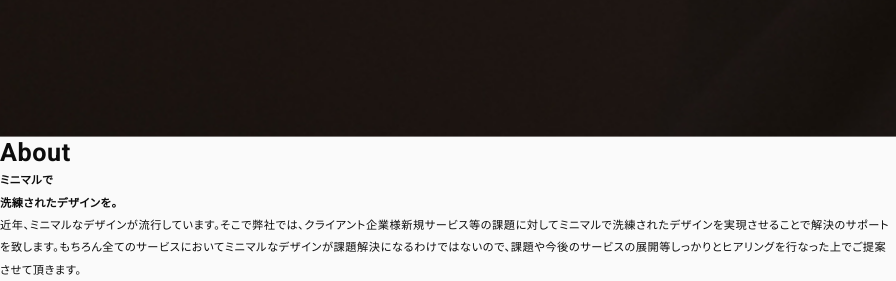
Repository: hatarakimono-kumasan/kurisuta_1st
Page: index.html
These files come from the project's save history. The page is drawn as it stood at one moment and after the next save; the edit follows.
The browser window is 1280 px wide. The pictures show the part of the page from y = 1893 to 3813 px (the page is 2295 px tall before and 3831 px after), at 70% of full size.
Some web libraries are served in a nearby version. The style sheet was rebuilt from its Sass, Less or Tailwind sources for each picture, by a compiler version that may differ from the author's.

Above is the page before, as saved 2020-05-15 07:06:43.

### index.html
<!DOCTYPE html>
<html lang="en">
	<head>
		<meta charset="UTF-8" />
		<meta name="viewport" content="width=device-width, initial-scale=1.0" />
		<meta http-equiv="X-UA-Compatible" content="ie=edge" />
		<title>Cresta.design</title>
		<meta name="keywords" content="カンマ区切りで10個以内推奨" />
		<meta name="description" content="120文字以内" />
		<meta property="og:title" content="このページのタイトル" />
		<meta property="og:type" content="TOPページはwebsite、子ページはarticle" />
		<meta property="og:url" content="このページのURL" />
		<meta property="og:image" content="1200×630以上推奨、絶対パスで指定" />
		<meta property="og:site_name" content="サイト名" />
		<meta property="og:description" content="80〜90文字推奨" />
		<meta name="twitter:card" content="summary or summary_large_image" />
		<meta name="twitter:site" content="@ユーザー名" />
		<meta name="format-detection" content="telephone=no" />
		<!-- <link rel="shortcut icon" sizes="16x16" href="ファビコン" />
		<link rel="apple-touch-icon" sizes="192x192" href="タッチアイコン" />
		<link rel="shortcut icon" sizes="192x192" href="タッチアイコン" /> -->
		<meta name="last-modified" content="Sun, 29 Dec 2019 20:30:30 GMT" />
		<link
			href="https://use.fontawesome.com/releases/v5.6.1/css/all.css"
			rel="stylesheet"
		/>
		<link rel="stylesheet" href="style.css" />
		<script
			src="https://code.jquery.com/jquery-3.4.1.min.js"
			integrity="sha256-CSXorXvZcTkaix6Yvo6HppcZGetbYMGWSFlBw8HfCJo="
			crossorigin="anonymous"
		></script>
	</head>
	<body>
		<!-- header -->
		<header class="header">
			<h1 class="site-title"><a href="./">クリ★スタ</a></h1>
			<div class="nav-wrapper">
				<nav class="header-nav">
					<ul class="nav-list">
						<li class="nav-item"><a href="#about">About</a></li>
						<li class="nav-item"><a href="#service">Service</a></li>
						<li class="nav-item"><a href="#news">News</a></li>
						<li class="nav-item"><a href="#contact">Contact</a></li>
					</ul>
				</nav>
			</div>
			<button class="burger-btn">
				<span class="bars">
					<span class="bar bar_top"></span>
					<span class="bar bar_mid"></span>
					<span class="bar bar_bottom"></span>
				</span>
			</button>
		</header>
		<!-- //header -->

		<!--first view-->
		<div class="first_view">
			<img src="img/fv-bgi_sp@2x.jpg" alt="サイトイメージ" />
			<p>Cresta Design.</p>
		</div>
		<!--//first view-->

		<main>
			<section class="about" id="about">
				<h2>About</h2>
				<h3>
					ミニマルで<br />
					洗練されたデザインを。
				</h3>
				<p>
					近年、ミニマルなデザインが流行しています。そこで弊社では、クライアント企業様新規サービス等の課題に対してミニマルで洗練されたデザインを実現させることで解決のサポートを致します。もちろん全てのサービスにおいてミニマルなデザインが課題解決になるわけではないので、課題や今後のサービスの展開等しっかりとヒアリングを行なった上でご提案させて頂きます。
				</p>
			</section>
		</main>
		<script src="drawer.js"></script>
	</body>
</html>

### drawer.js
$(".burger-btn").on("click", function () {
	//.btn_triggerをクリックすると
	$(".burger-btn").toggleClass("close"); //.btn_triggerにcloseクラスを付与(ボタンのアニメーション)
	$(".nav-wrapper").fadeToggle(500); //.nav-wrapperが0.5秒でフェードイン(メニューのフェードイン)
	$("body").toggleClass("noscroll"); //bodyにnoscrollクラスを付与(スクロールを固定)
});

if ($(window).width() < 768) {
	//デバイスの幅が768以下のとき
	$(".nav-item>a").on("click", function () {
		//.nav-item>aをクリックすると
		$(".nav-wrapper").fadeOut(500); //.nav-wrapperが0.5秒でフェードアウト(メニューのフェードアウト)
		$(".burger-btn").removeClass("close"); //.btn_triggerのcloseクラスを削除
		$("body").removeClass("noscroll"); //bodyのnoscrollクラスを削除
	});
}

### style.scss
/* ======================================
Foundation
====================================== */

@import "scss/foundation/reset";
@import "scss/foundation/mixin";
@import "scss/foundation/settings";
@import "scss/foundation/base";

/* ======================================
Layout
====================================== */

@import "scss/layout/header";
// @import 'layout/nav';
@import "scss/layout/main";
// @import 'layout/footer';

/* ======================================
Object
====================================== */

/**
Component
----------------------------------- */

// @import 'object/component/';

/**
Project
----------------------------------- */

// @import 'object/project/';

/**
Utility
----------------------------------- */
// @import 'object/utility/';

### scss/foundation/_reset.scss
html,
body,
div,
span,
object,
iframe,
h1,
h2,
h3,
h4,
h5,
h6,
p,
blockquote,
pre,
abbr,
address,
cite,
code,
del,
dfn,
em,
img,
ins,
kbd,
q,
samp,
small,
strong,
sub,
sup,
var,
b,
i,
dl,
dt,
dd,
ol,
ul,
li,
fieldset,
form,
label,
legend,
table,
caption,
tbody,
tfoot,
thead,
tr,
th,
td,
article,
aside,
canvas,
details,
figcaption,
figure,
footer,
header,
hgroup,
menu,
nav,
section,
summary,
time,
mark,
audio,
video {
	margin: 0;
	padding: 0;
	border: 0;
	outline: 0;
	font-size: 100%;
	vertical-align: baseline;
	background: transparent;
}
body {
	line-height: 1;
}
article,
aside,
details,
figcaption,
figure,
footer,
header,
hgroup,
menu,
nav,
section,
main {
	display: block;
}
ol,
ul {
	list-style: none;
}
blockquote,
q {
	quotes: none;
}
blockquote:before,
blockquote:after,
q:before,
q:after {
	content: "";
	content: none;
}
a {
	margin: 0;
	padding: 0;
	font-size: 100%;
	vertical-align: baseline;
	background: transparent;
}
ins {
	background-color: #ff9;
	color: #333;
	text-decoration: none;
}
mark {
	background-color: #ff9;
	color: #333;
	font-style: italic;
	font-weight: bold;
}
del {
	text-decoration: line-through;
}
abbr[title],
dfn[title] {
	border-bottom: 1px dotted;
	cursor: help;
}
table {
	border-collapse: collapse;
	border-spacing: 0;
}
hr {
	display: block;
	height: 1px;
	border: 0;
	border-top: 1px solid #cccccc;
	margin: 1em 0;
	padding: 0;
}
input,
select {
	vertical-align: middle;
}

### scss/foundation/_mixin.scss
// --------------------------------------------------------
//  mixin (mobile to pc)
// --------------------------------------------------------

$tab: 768px;
$lap: 1024px;
$pc: 1200px;

@mixin tab {
	@media screen and (min-width: ($tab)) {
		@content;
	}
}

@mixin lap {
	@media screen and (min-width: ($lap)) {
		@content;
	}
}

@mixin pc {
	@media screen and (min-width: ($pc)) {
		@content;
	}
}

### scss/foundation/_settings.scss
/*
font
------------------------------------------*/
@import url("https://fonts.googleapis.com/css2?family=Roboto:wght@400;700&display=swap");
body {
	font-family: Roboto, "Noto Sans JP", 游ゴシック, "Yu Gothic", 游ゴシック体,
		YuGothic, "ヒラギノ角ゴ Pro W3", "Hiragino Kaku Gothic Pro", "Meiryo UI",
		メイリオ, Meiryo, sans-serif;
	font-size: medium;
	letter-spacing: 0.05em;
	word-break: break-all;
}
h1,
h2,
h3,
h4,
h5,
strong {
	font-weight: bold;
}

/*フォントサイズ
https://websemantics.uk/tools/responsive-font-calculator/
-------------------------------------------------*/
html {
	font-size: 62.5%;
}
body {
	font-size: 1.6rem; /* 16px*/
	line-height: 2;
}
h1 {
	font-size: 26px; /* IE8以下とAndroid4.3以下用フォールバック */
	font-size: 2.6rem;
	line-height: 1.3;
}
h2 {
	font-size: 36px; /* IE8以下とAndroid4.3以下用フォールバック */
	font-size: 3.6rem;
	line-height: 1.3;
}

### scss/foundation/_base.scss
/*
Base
---------------------------------------------- */
html {
	box-sizing: border-box;
	height: 100%;
}
*,
*:before,
*:after {
	box-sizing: inherit;
}
body {
	height: 100%;
	font-feature-settings: "palt";
	color: #0d0d0d;
	background-color: #fafafa;
}
img {
	max-width: 100%;
	height: auto;
	vertical-align: bottom;
}
a {
	color: inherit;
}
input,
textarea {
	font-family: inherit;
	font-size: 100%;
}

### scss/layout/_header.scss
// body {
// 	color: #141414;
// 	font-size: 1.4rem;
// 	line-height: 1.8;
// 	letter-spacing: 0.05em;

// 	font-family: "Roboto", sans-serif, "Noto Sans JP", sans-serif;
// }
.noscroll {
	overflow: hidden;
}
/* img {
	width: 100%;
	vertical-align: bottom;
} */
a {
	text-decoration: none;
	color: #fff;
}
// .section-title {
// 	font-size: 3.6rem;
// 	font-weight: bold;
// 	text-align: center;
// 	letter-spacing: 0.05em;
// 	margin-bottom: 70px;
// }
// h3 {
// 	font-size: 2.4rem;
// 	font-weight: bold;
// 	line-height: 2;
// 	letter-spacing: 0.1em;
// 	margin-bottom: 40px;
// }
// .section-wrapper {
// 	padding: 100px 10% 50px;
// }

/* ------------------ */
/* header */
/* ------------------ */
.header {
	background-color: #1b1310;
	color: #fff;
	height: 74px;
	display: flex;
	justify-content: space-between;
	align-items: center;
	padding: 0 120px;
	border-bottom: 1px solid #fff;
}
.nav-list {
	/* navの横並び */
	display: flex;
}
.nav-item {
	/* メニューの右側に余白 */
	margin-right: 55px;
}
.burger-btn {
	display: none;
}

@media screen and (max-width: 768px) {
	/* ----------------------- */
	/* base_sp
/* ----------------------- */

	// h3 {
	// 	font-size: 2rem;
	// 	margin-bottom: 30px;
	// }
	// .section-wrapper {
	// 	padding: 100px 5% 50px;
	// }
	/* ------------------ */
	/* humberger-menu */
	/* ------------------ */
	.header {
		padding: 0 5%;
	}
	.burger-btn {
		display: block;
		width: 39px;
		height: 39px;
		position: relative;
		z-index: 3;
		/*   codepenの挙動のため */
		background-color: transparent;
		border: none;
	}
	.bar {
		width: 20px;
		height: 1px;
		display: block;
		position: absolute;
		left: 50%;
		transform: translateX(-50%);
		background-color: #fff;
	}
	.bar_top {
		top: 10px;
	}
	.bar_mid {
		top: 50%;
		transform: translate(-50%, -50%);
	}
	.bar_bottom {
		bottom: 10px;
	}
	.burger-btn.close .bar_top {
		transform: translate(-50%, 10px) rotate(45deg);
		transition: transform 0.3s;
	}
	.burger-btn.close .bar_mid {
		opacity: 0;
		transition: opacity 0.3s;
	}
	.burger-btn.close .bar_bottom {
		transform: translate(-50%, -8px) rotate(-45deg);
		transition: transform 0.3s;
	}
	.nav-wrapper {
		display: none;
		width: 100vw;
		height: 100vh;
		position: fixed;
		top: 0;
		left: 0;
		z-index: 2; /*キービジュアルと.btn_triggerとの重なりの前後関係を調整*/
	}
	.header-nav {
		width: 100%;
		height: 100%;
		background-color: #1b1310;
		z-index: 2;
	}
	.header-nav .nav-list {
		display: block;
		position: absolute;
		top: 50%;
		left: 50%;
		transform: translate(-50%, -50%);
		text-align: center;
	}
	.header-nav .nav-item {
		margin-right: 0;
		margin-bottom: 40px;
	}
}

### scss/layout/_main.scss
/*=======================================
first view
=========================================*/
.first_view {
	width: 100%;
	position: relative;

	img {
		min-width: 100%;
	}
	p {
		width: 300px;
		height: 100px;
		border: #fff 2px solid;
		color: #fff;
		position: absolute;
		transform: translateY(-50%);
		font-size: 3rem;
		top: 50%;
		left: 50%;
		text-align: center;
		transform: translate(-50%, -50%);
		line-height: 100px;
	}
}

/*=============================================
about
===============================================*/

After the next save:
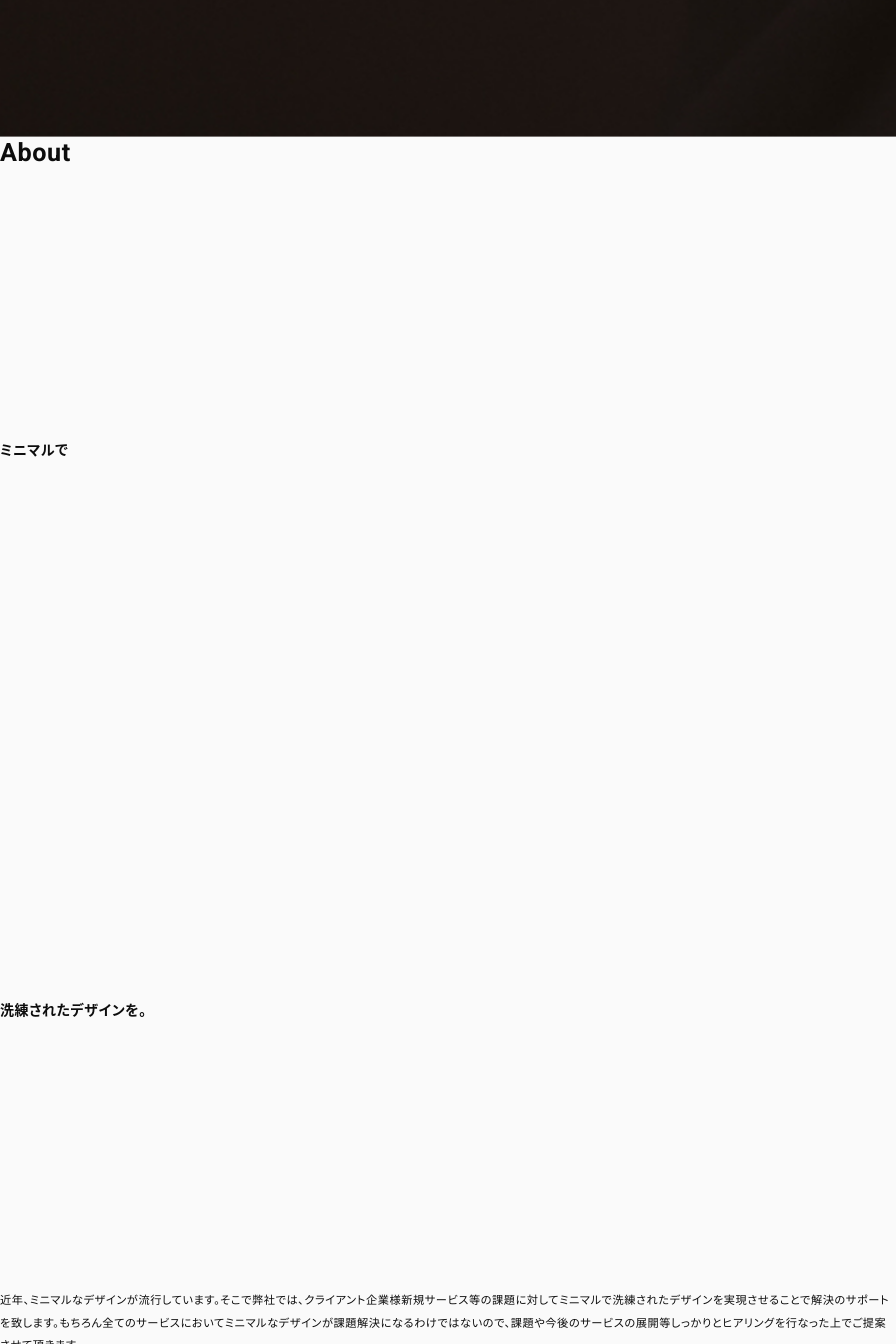
Saved 4 min 12 s later.
--- a/scss/foundation/_settings.scss
+++ b/scss/foundation/_settings.scss
@@ -33,9 +33,17 @@ h1 {
 	font-size: 26px; /* IE8以下とAndroid4.3以下用フォールバック */
 	font-size: 2.6rem;
 	line-height: 1.3;
+	font-family: Roboto;
 }
 h2 {
 	font-size: 36px; /* IE8以下とAndroid4.3以下用フォールバック */
 	font-size: 3.6rem;
 	line-height: 1.3;
+	font-family: Roboto;
 }
+h3 {
+	font-size: 20px; /* IE8以下とAndroid4.3以下用フォールバック */
+	font-size: 2rem;
+	line-height: 40;
+	font-family: "Noto Sans CJK JP";
+}
